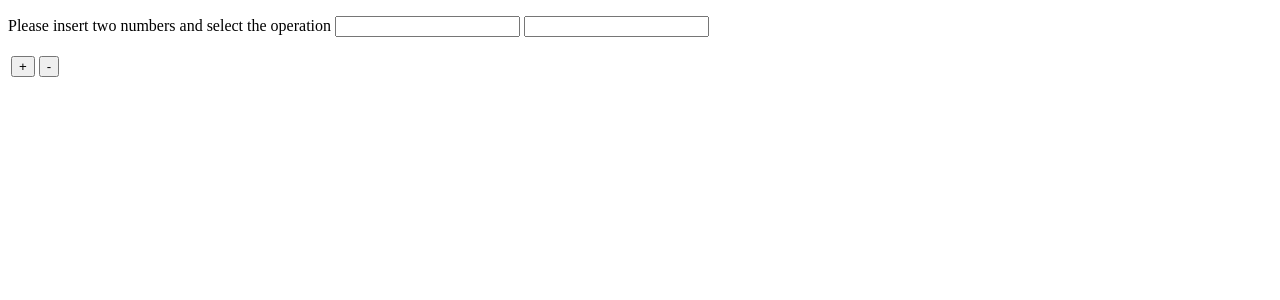
Repository: Nimblefire/CIT-360-Da-Ponte
Page: http://localhost/Servlets_Example/calculator.jsp
These files come from the project's save history. The page is drawn as it stood at one moment and after the next save; the edit follows.
The browser window is 1280 px wide. The pictures show the whole page.
The page is served by Tomcat 9.

Above is the page before, as saved 2019-02-06 18:53:24.

After the next save:
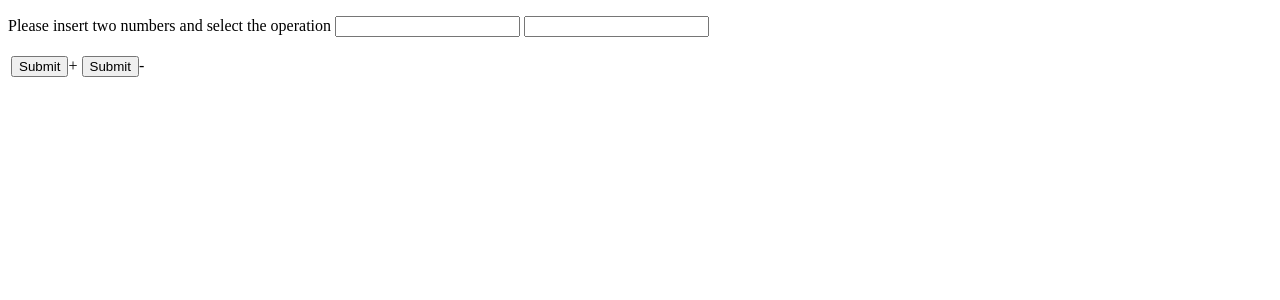
Saved 66 s later.
--- a/Servlets Example/WebContent/calculator.jsp
+++ b/Servlets Example/WebContent/calculator.jsp
@@ -13,8 +13,8 @@
 	</p>
 	<table>
 		<tr>
-			<td><button method="post" action="Add">+</button></td>
-			<td><button method="post" action="Sub">-</button></td>
+			<td><input type="submit" method="post" action="Add">+</button></td>
+			<td><input type="submit" method="post" action="Sub">-</button></td>
 		</tr>
 	</table>
 </body>

After the save that followed:
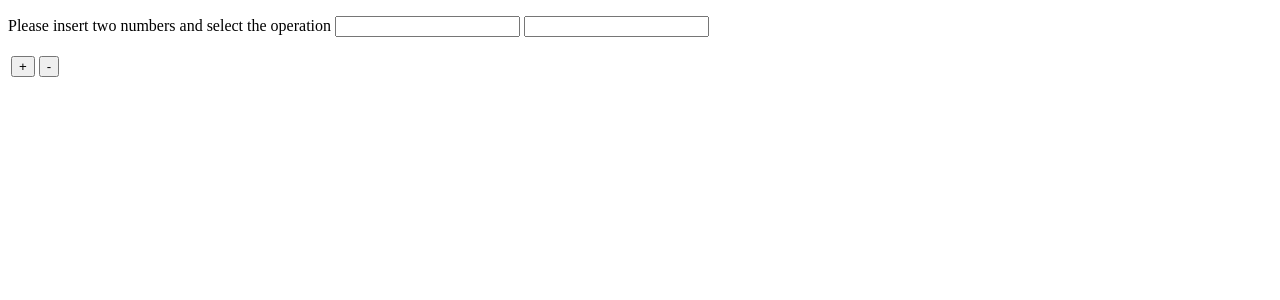
Saved 5 min 55 s later.
--- a/Servlets Example/WebContent/calculator.jsp
+++ b/Servlets Example/WebContent/calculator.jsp
@@ -13,8 +13,8 @@
 	</p>
 	<table>
 		<tr>
-			<td><input type="submit" method="post" action="Add">+</button></td>
-			<td><input type="submit" method="post" action="Sub">-</button></td>
+			<td><button type="submit" method="post" action="Add">+</button></td>
+			<td><button type="submit" method="post" action="Sub">-</button></td>
 		</tr>
 	</table>
 </body>
